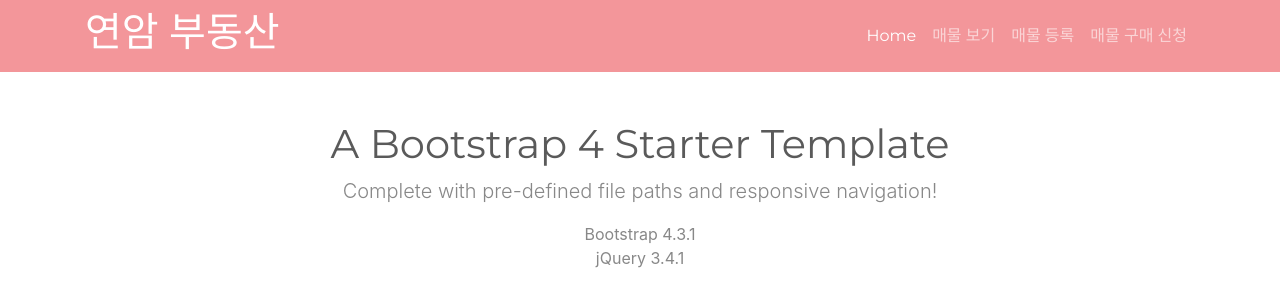
Repository: Leekm0912/2-1_JSP-DB_Project
Page: http://localhost/WebTest/DB/main.jsp
These files come from the project's save history. The page is drawn as it stood at one moment and after the next save; the edit follows.
The browser window is 1280 px wide. The pictures show the whole page.
The page is served by Tomcat 9. Other server files are loaded and not shown.

Above is the page before, as saved 2020-06-10 03:22:33.

### WebTest/WebContent/DB/main.jsp
<%@ page contentType="text/html; charset=utf-8"%>
<!DOCTYPE html>
<html lang="ko">

<head>

  <meta charset="utf-8">
  <meta name="viewport" content="width=device-width, initial-scale=1, shrink-to-fit=no">
  <meta name="description" content="">
  <meta name="author" content="">

  <title>Bare - Start Bootstrap Template</title>

  <!-- Bootstrap core CSS -->
  <link href="vendor/bootstrap/css/bootstrap.min.css" rel="stylesheet">

</head>

<body>

  <!-- Navigation -->
  <nav class="navbar navbar-expand-lg navbar-dark bg-dark static-top">
    <div class="container">
      <h1 style="color:white;">연암 부동산</h1>
      <button class="navbar-toggler" type="button" data-toggle="collapse" data-target="#navbarResponsive" aria-controls="navbarResponsive" aria-expanded="false" aria-label="Toggle navigation">
        <span class="navbar-toggler-icon"></span>
      </button>
      <div class="collapse navbar-collapse" id="navbarResponsive">
        <ul class="navbar-nav ml-auto">
          <li class="nav-item active">
            <a class="nav-link" href="#">Home
              <span class="sr-only">(current)</span>
            </a>
          </li>
          <li class="nav-item">
            <a class="nav-link" href="DBTest.jsp">매물 보기</a>
          </li>
          <li class="nav-item">
            <a class="nav-link" href="#">매물 등록</a>
          </li>
          <li class="nav-item">
            <a class="nav-link" href="#">매물 구매 신청</a>
          </li>
        </ul>
      </div>
    </div>
  </nav>

  <!-- Page Content -->
  <div class="container">
    <div class="row">
      <div class="col-lg-12 text-center">
        <h1 class="mt-5">A Bootstrap 4 Starter Template</h1>
        <p class="lead">Complete with pre-defined file paths and responsive navigation!</p>
        <ul class="list-unstyled">
          <li>Bootstrap 4.3.1</li>
          <li>jQuery 3.4.1</li>
        </ul>
      </div>
    </div>
  </div>

  <!-- Bootstrap core JavaScript -->
  <script src="vendor/jquery/jquery.slim.min.js"></script>
  <script src="vendor/bootstrap/js/bootstrap.bundle.min.js"></script>

</body>

</html>

After the next save:
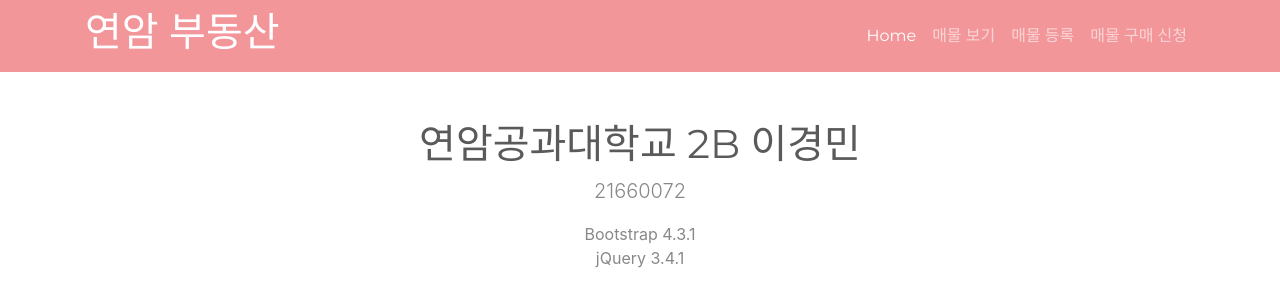
Saved 95 s later.
--- a/WebTest/WebContent/DB/main.jsp
+++ b/WebTest/WebContent/DB/main.jsp
@@ -50,8 +50,8 @@
   <div class="container">
     <div class="row">
       <div class="col-lg-12 text-center">
-        <h1 class="mt-5">A Bootstrap 4 Starter Template</h1>
-        <p class="lead">Complete with pre-defined file paths and responsive navigation!</p>
+        <h1 class="mt-5">연암공과대학교 2B 이경민</h1>
+        <p class="lead">21660072</p>
         <ul class="list-unstyled">
           <li>Bootstrap 4.3.1</li>
           <li>jQuery 3.4.1</li>
